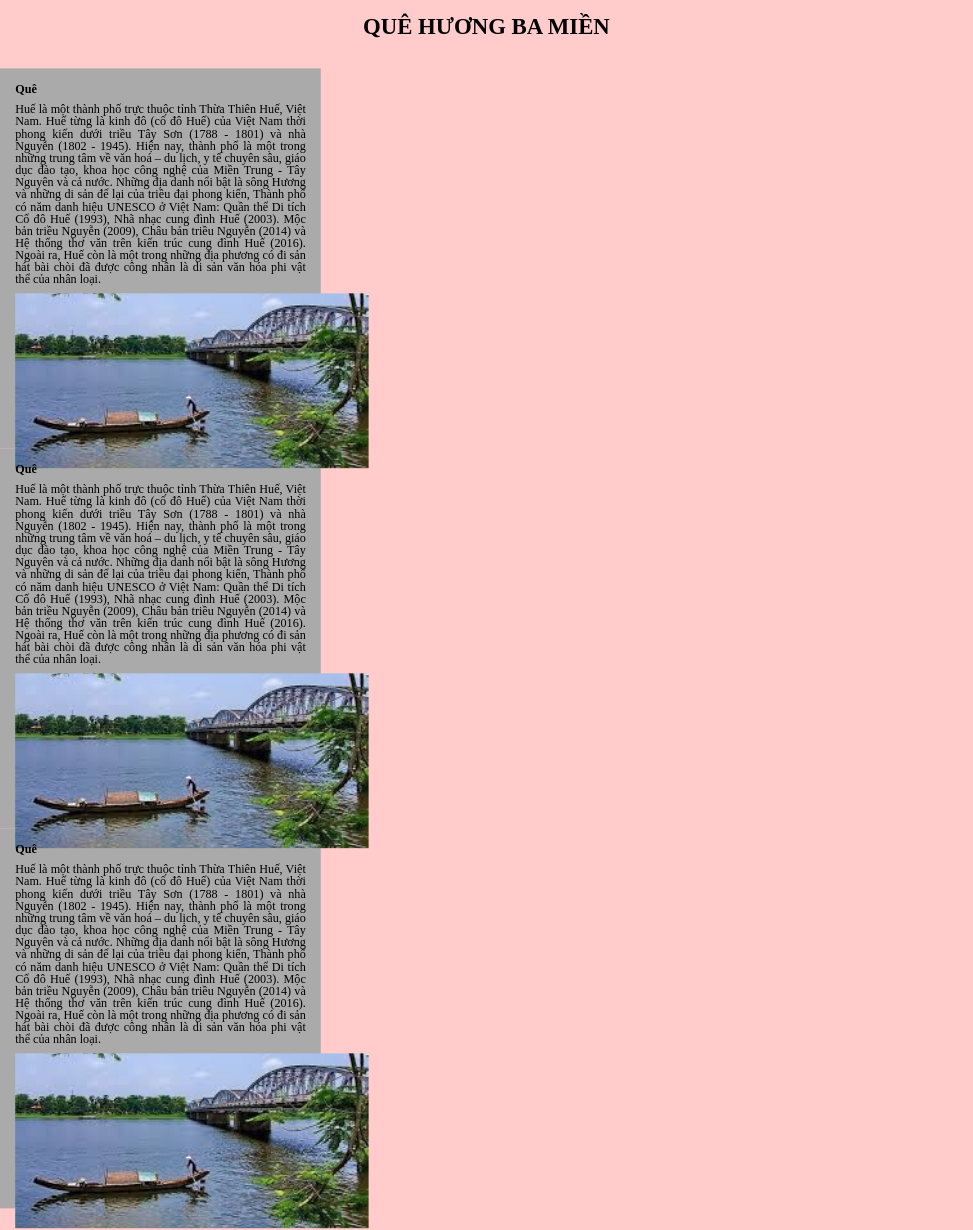
Repository: Tan-Khang21/TH_TKW--Buoi_06
Page: Bai_Tap_Tren_lop/Bai_02/LayoutCSS2.html
An editor plug-in stored every save of this project. The page is shown before and after the next save, followed by the edit.
The browser window is 1280 px wide. The pictures show the whole page, at 76% of full size.

Above is the page before, as saved 2024-03-11 20:26:18.

After the next save:
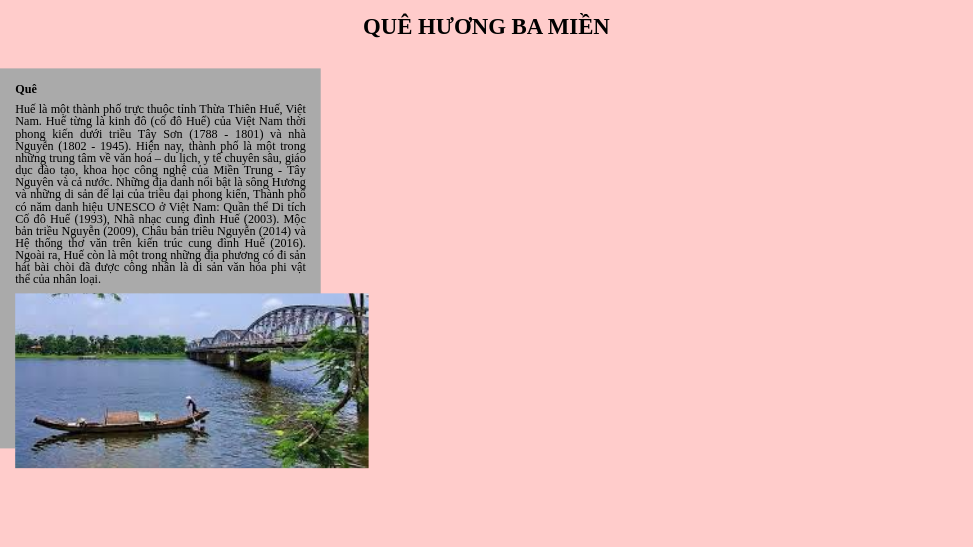
Saved 30 s later.
--- a/Bai_Tap_Tren_lop/Bai_02/LayoutCSS2.html
+++ b/Bai_Tap_Tren_lop/Bai_02/LayoutCSS2.html
@@ -9,64 +9,26 @@
   </head>
   <body>
     <h2 class="title">QUÊ HƯƠNG BA MIỀN</h2>
-    <div class="item">
-      <h5 style="font-weight: bold; margin-bottom: 10px">Quê</h5>
-      <p style="margin-bottom: 10px">
-        Huế là một thành phố trực thuộc tỉnh Thừa Thiên Huế, Việt Nam. Huế từng
-        là kinh đô (cổ đô Huế) của Việt Nam thời phong kiến dưới triều Tây Sơn
-        (1788 - 1801) và nhà Nguyễn (1802 - 1945). Hiện nay, thành phố là một
-        trong những trung tâm về văn hoá – du lịch, y tế chuyên sâu, giáo dục
-        đào tạo, khoa học công nghệ của Miền Trung - Tây Nguyên và cả nước.
-        Những địa danh nổi bật là sông Hương và những di sản để lại của triều
-        đại phong kiến, Thành phố có năm danh hiệu UNESCO ở Việt Nam: Quần thể
-        Di tích Cố đô Huế (1993), Nhã nhạc cung đình Huế (2003). Mộc bản triều
-        Nguyễn (2009), Châu bản triều Nguyễn (2014) và Hệ thống thơ văn trên
-        kiến trúc cung đình Huế (2016). Ngoài ra, Huế còn là một trong những địa
-        phương có đi sản hát bài chòi đã được công nhân là di sản văn hóa phi
-        vật thể của nhân loại.
-      </p>
-      <div class="images">
-        <img src="images/images1.jpg" alt="" />
-      </div>
-    </div>
-    <div class="item">
-      <h5 style="font-weight: bold; margin-bottom: 10px">Quê</h5>
-      <p style="margin-bottom: 10px">
-        Huế là một thành phố trực thuộc tỉnh Thừa Thiên Huế, Việt Nam. Huế từng
-        là kinh đô (cổ đô Huế) của Việt Nam thời phong kiến dưới triều Tây Sơn
-        (1788 - 1801) và nhà Nguyễn (1802 - 1945). Hiện nay, thành phố là một
-        trong những trung tâm về văn hoá – du lịch, y tế chuyên sâu, giáo dục
-        đào tạo, khoa học công nghệ của Miền Trung - Tây Nguyên và cả nước.
-        Những địa danh nổi bật là sông Hương và những di sản để lại của triều
-        đại phong kiến, Thành phố có năm danh hiệu UNESCO ở Việt Nam: Quần thể
-        Di tích Cố đô Huế (1993), Nhã nhạc cung đình Huế (2003). Mộc bản triều
-        Nguyễn (2009), Châu bản triều Nguyễn (2014) và Hệ thống thơ văn trên
-        kiến trúc cung đình Huế (2016). Ngoài ra, Huế còn là một trong những địa
-        phương có đi sản hát bài chòi đã được công nhân là di sản văn hóa phi
-        vật thể của nhân loại.
-      </p>
-      <div class="images">
-        <img src="images/images1.jpg" alt="" />
-      </div>
-    </div>
-    <div class="item">
-      <h5 style="font-weight: bold; margin-bottom: 10px">Quê</h5>
-      <p style="margin-bottom: 10px">
-        Huế là một thành phố trực thuộc tỉnh Thừa Thiên Huế, Việt Nam. Huế từng
-        là kinh đô (cổ đô Huế) của Việt Nam thời phong kiến dưới triều Tây Sơn
-        (1788 - 1801) và nhà Nguyễn (1802 - 1945). Hiện nay, thành phố là một
-        trong những trung tâm về văn hoá – du lịch, y tế chuyên sâu, giáo dục
-        đào tạo, khoa học công nghệ của Miền Trung - Tây Nguyên và cả nước.
-        Những địa danh nổi bật là sông Hương và những di sản để lại của triều
-        đại phong kiến, Thành phố có năm danh hiệu UNESCO ở Việt Nam: Quần thể
-        Di tích Cố đô Huế (1993), Nhã nhạc cung đình Huế (2003). Mộc bản triều
-        Nguyễn (2009), Châu bản triều Nguyễn (2014) và Hệ thống thơ văn trên
-        kiến trúc cung đình Huế (2016). Ngoài ra, Huế còn là một trong những địa
-        phương có đi sản hát bài chòi đã được công nhân là di sản văn hóa phi
-        vật thể của nhân loại.
-      </p>
-      <div class="images">
-        <img src="images/images1.jpg" alt="" />
+    <div class="container">
+      <div class="item">
+        <h5 style="font-weight: bold; margin-bottom: 10px">Quê</h5>
+        <p style="margin-bottom: 10px">
+          Huế là một thành phố trực thuộc tỉnh Thừa Thiên Huế, Việt Nam. Huế
+          từng là kinh đô (cổ đô Huế) của Việt Nam thời phong kiến dưới triều
+          Tây Sơn (1788 - 1801) và nhà Nguyễn (1802 - 1945). Hiện nay, thành phố
+          là một trong những trung tâm về văn hoá – du lịch, y tế chuyên sâu,
+          giáo dục đào tạo, khoa học công nghệ của Miền Trung - Tây Nguyên và cả
+          nước. Những địa danh nổi bật là sông Hương và những di sản để lại của
+          triều đại phong kiến, Thành phố có năm danh hiệu UNESCO ở Việt Nam:
+          Quần thể Di tích Cố đô Huế (1993), Nhã nhạc cung đình Huế (2003). Mộc
+          bản triều Nguyễn (2009), Châu bản triều Nguyễn (2014) và Hệ thống thơ
+          văn trên kiến trúc cung đình Huế (2016). Ngoài ra, Huế còn là một
+          trong những địa phương có đi sản hát bài chòi đã được công nhân là di
+          sản văn hóa phi vật thể của nhân loại.
+        </p>
+        <div class="images">
+          <img src="images/images1.jpg" alt="" />
+        </div>
       </div>
     </div>
   </body>

After the save that followed:
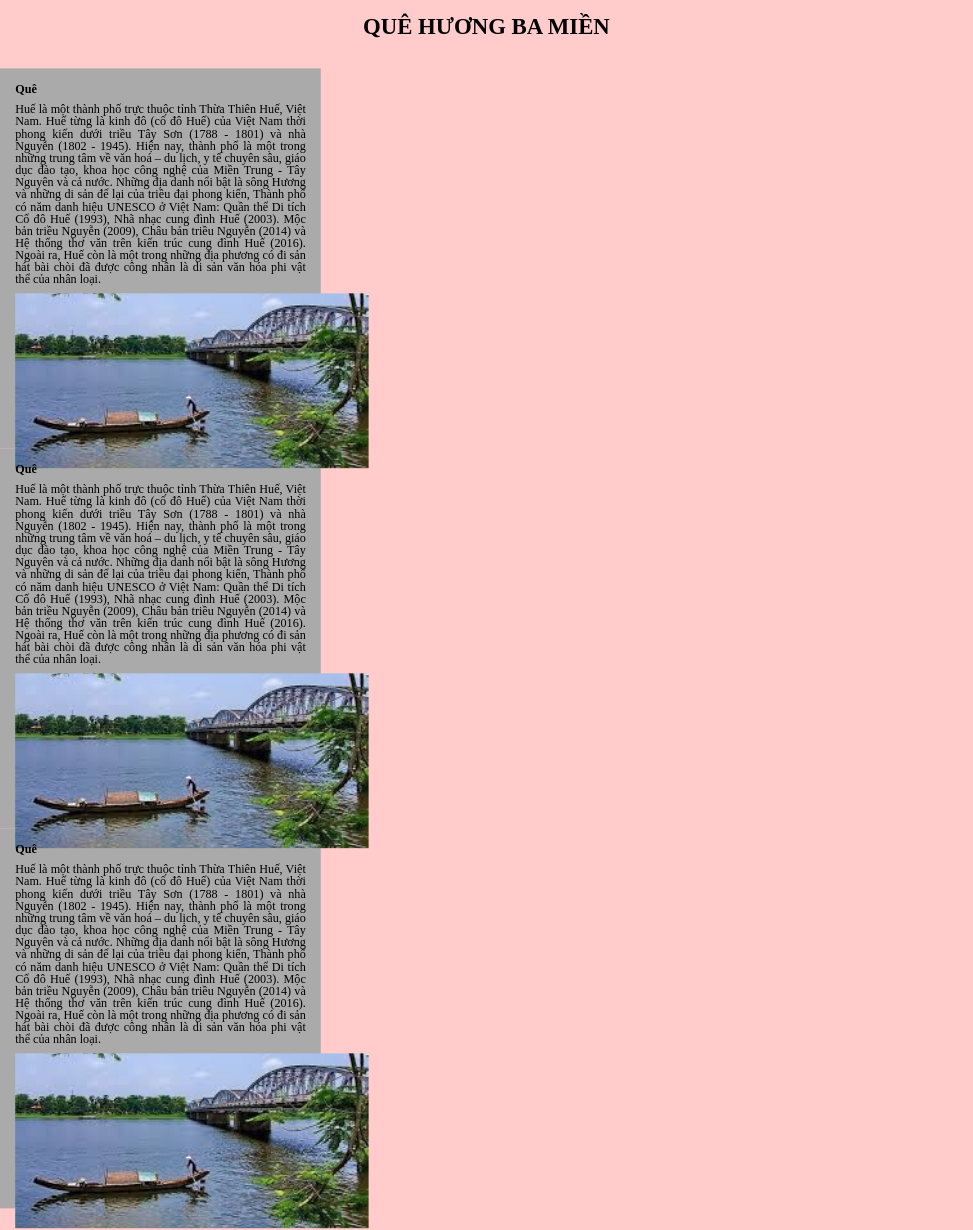
Saved 15 s later.
--- a/Bai_Tap_Tren_lop/Bai_02/LayoutCSS2.html
+++ b/Bai_Tap_Tren_lop/Bai_02/LayoutCSS2.html
@@ -30,6 +30,46 @@
           <img src="images/images1.jpg" alt="" />
         </div>
       </div>
+      <div class="item">
+        <h5 style="font-weight: bold; margin-bottom: 10px">Quê</h5>
+        <p style="margin-bottom: 10px">
+          Huế là một thành phố trực thuộc tỉnh Thừa Thiên Huế, Việt Nam. Huế
+          từng là kinh đô (cổ đô Huế) của Việt Nam thời phong kiến dưới triều
+          Tây Sơn (1788 - 1801) và nhà Nguyễn (1802 - 1945). Hiện nay, thành phố
+          là một trong những trung tâm về văn hoá – du lịch, y tế chuyên sâu,
+          giáo dục đào tạo, khoa học công nghệ của Miền Trung - Tây Nguyên và cả
+          nước. Những địa danh nổi bật là sông Hương và những di sản để lại của
+          triều đại phong kiến, Thành phố có năm danh hiệu UNESCO ở Việt Nam:
+          Quần thể Di tích Cố đô Huế (1993), Nhã nhạc cung đình Huế (2003). Mộc
+          bản triều Nguyễn (2009), Châu bản triều Nguyễn (2014) và Hệ thống thơ
+          văn trên kiến trúc cung đình Huế (2016). Ngoài ra, Huế còn là một
+          trong những địa phương có đi sản hát bài chòi đã được công nhân là di
+          sản văn hóa phi vật thể của nhân loại.
+        </p>
+        <div class="images">
+          <img src="images/images1.jpg" alt="" />
+        </div>
+      </div>
+      <div class="item">
+        <h5 style="font-weight: bold; margin-bottom: 10px">Quê</h5>
+        <p style="margin-bottom: 10px">
+          Huế là một thành phố trực thuộc tỉnh Thừa Thiên Huế, Việt Nam. Huế
+          từng là kinh đô (cổ đô Huế) của Việt Nam thời phong kiến dưới triều
+          Tây Sơn (1788 - 1801) và nhà Nguyễn (1802 - 1945). Hiện nay, thành phố
+          là một trong những trung tâm về văn hoá – du lịch, y tế chuyên sâu,
+          giáo dục đào tạo, khoa học công nghệ của Miền Trung - Tây Nguyên và cả
+          nước. Những địa danh nổi bật là sông Hương và những di sản để lại của
+          triều đại phong kiến, Thành phố có năm danh hiệu UNESCO ở Việt Nam:
+          Quần thể Di tích Cố đô Huế (1993), Nhã nhạc cung đình Huế (2003). Mộc
+          bản triều Nguyễn (2009), Châu bản triều Nguyễn (2014) và Hệ thống thơ
+          văn trên kiến trúc cung đình Huế (2016). Ngoài ra, Huế còn là một
+          trong những địa phương có đi sản hát bài chòi đã được công nhân là di
+          sản văn hóa phi vật thể của nhân loại.
+        </p>
+        <div class="images">
+          <img src="images/images1.jpg" alt="" />
+        </div>
+      </div>
     </div>
   </body>
 </html>
